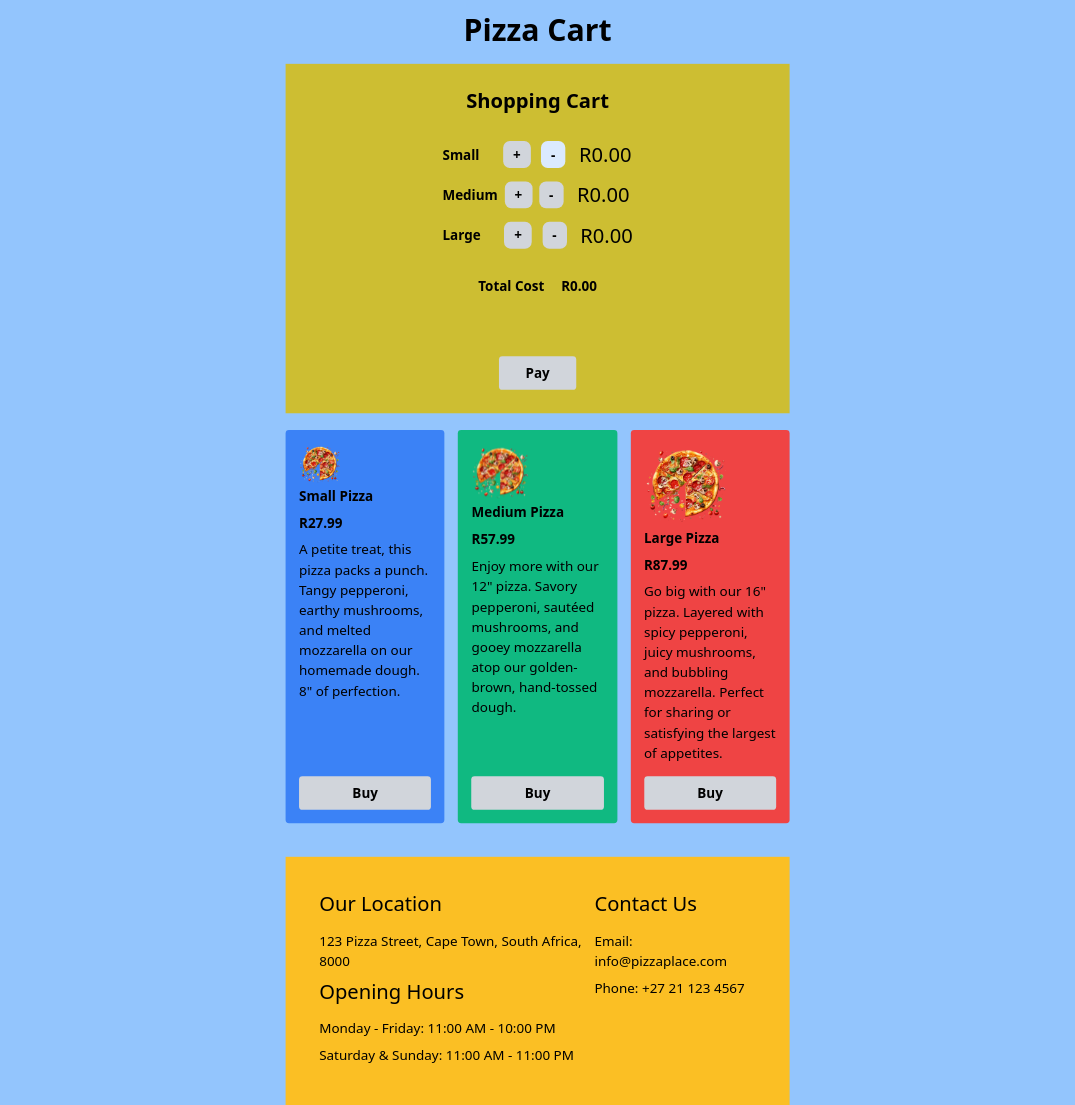
Repository: lasity34/pizza_cart
Page: index.html
These files come from the project's save history. The page is drawn as it stood at one moment and after the next save; the edit follows.
The browser window is 1280 px wide. The pictures show the whole page, at 84% of full size.
Some web libraries are served in a nearby version.

Above is the page before, as saved 2023-07-12 08:58:50.

### index.html
<!DOCTYPE html>
<html lang="en">
  <head>
    <meta charset="UTF-8" />
    <meta name="viewport" content="width=device-width, initial-scale=1.0" />
    <title>Pizza Cart</title>
    <script src="//unpkg.com/alpinejs" defer></script>
    <link
      href="https://cdn.jsdelivr.net/npm/tailwindcss@2.1.2/dist/tailwind.min.css"
      rel="stylesheet"
    />
    <link href="./style.css" rel="stylesheet" />
  </head>
  <body x-data="cart" class="bg-blue-300" x-cloak>
    <section class="flex justify-center items-center">
      <h1 class="text-4xl pt-4 font-bold">Pizza Cart</h1>
    </section>

    <section
      class="shop-container my-5 p-7 flex justify-center items-center flex-col"
    >
      <h2 class="text-2xl mb-2 font-bold">Shopping Cart</h2>
      <div class="mt-6 flex flex-col items-center">
        <div >
          <div class="flex items-center mb-4">
            <p class="font-bold mr-2">Small</p>
            <div class="ml-5">
              <button
                @click="increment('small')"
                class="bg-gray-300 hover:bg-gray-400 rounded-lg px-3 py-1 mr-2 font-bold"
              >
                +
              </button>
              <button
                @click="decrement('small')"
                class="bg-blue-100 hover:bg-gray-400 rounded-lg px-3 py-1 font-bold"
              >
                -
              </button>
            </div>
            <p class="ml-4 text-2xl">
              R<span x-text="(smallAmount * prices.small).toFixed(2)"
                >0.00</span
              >
            </p>
          </div>
          <div class="flex items-center mb-4">
            <p class="font-bold mr-2 text-red">Medium</p>
            <button
              @click="increment('medium')"
              class="bg-gray-300 hover:bg-gray-400 rounded-lg px-3 py-1 mr-2 font-bold"
            >
              +
            </button>
            <button
              @click="decrement('medium')"
              class="bg-gray-300 hover:bg-gray-400 rounded-lg px-3 py-1 font-bold"
            >
              -
            </button>
            <p class="ml-4 text-2xl">
              R<span x-text="(mediumAmount * prices.medium).toFixed(2)"
                >0.00</span
              >
            </p>
          </div>
          <div class="flex items-center mb-4">
            <p class="font-bold mr-2">Large</p>
            <div class="ml-5">
              <button
                @click="increment('large')"
                class="bg-gray-300 hover:bg-gray-400 rounded-lg px-3 py-1 mr-2 font-bold"
              >
                +
              </button>
              <button
                @click="decrement('large')"
                class="bg-gray-300 hover:bg-gray-400 rounded-lg px-3 py-1 font-bold"
              >
                -
              </button>
            </div>
            <p class="ml-4 text-2xl">
              R<span x-text="(largeAmount * prices.large).toFixed(2)"
                >0.00</span
              >
            </p>
          </div>
        </div>
        <div class="flex justify-center mt-4">
          <p class="font-bold">Total Cost</p>
          <p class="ml-5 font-bold">R<span x-text="total().toFixed(2)">0.00</span></p>
        </div>
        <div class="mt-4">
          <p class="bg-black font-bold text-white text-lg underline my-3 py-1" x-text="payMessage"></p>
        </div>

        <div class="mt-4" x-show="total() !== 0" x-cloak>
          <label class="font-bold">Payment Amount:</label>
          <input placeholder="Enter payment here" type="number" step="0.01" class="rounded ml-2 py-2" x-model="paymentAmount" />
        </div>
        <div class="mt-6">
          <button
          x-cloak
          @click="paymentTotal()"
            class="bg-gray-300 hover:bg-gray-400 py-2 px-8 rounded font-bold"
          >
            <span x-text="total() === 0 ? 'Pay' : 'Checkout'"></span>
          </button>
        </div>
      </div>
    </section>

    <section class="pizza_columns">
      <div class="flex justify-around gap-4 max-w-screen-sm mx-auto">
        <div
          class="pizza_sm bg-blue-500 rounded p-4 w-64 flex flex-col justify-between text-black"
        >
          <div>
            <img src="./pizza.png" width="50" />
            <h3 class="mb-2 font-bold">Small Pizza</h3>
            <h3 class="mb-2 font-bold">R27.99</h3>
            <p class="mb-4">
              A petite treat, this pizza packs a punch. Tangy pepperoni, earthy
              mushrooms, and melted mozzarella on our homemade dough. 8" of
              perfection.
            </p>
          </div>
          <button
          @click="smallAdded = true; smallAdded ? toggleModal() : null; increment('small'); (smallAmount * prices.small).toFixed(2);"
          :disabled="smallAdded"
          class="bg-gray-300 hover:bg-gray-400 transition-colors duration-300 py-2 px-4 rounded font-bold"
        >
          Buy
        </button>
        </div>
        <div
          class="pizza_md bg-green-500 rounded p-4 w-64 flex flex-col justify-between text-black"
        >
          <div>
            <img src="./pizza.png" width="70" />
            <h3 class="mb-2 font-bold">Medium Pizza</h3>
            <h3 class="mb-2 font-bold">R57.99</h3>
            <p class="mb-4">
              Enjoy more with our 12" pizza. Savory pepperoni, sautéed
              mushrooms, and gooey mozzarella atop our golden-brown, hand-tossed
              dough.
            </p>
          </div>
          <button
          @click="mediumAdded = true; mediumAdded ? toggleModal() : null; increment('medium'); (mediumAmount * prices.medium).toFixed(2);"
          :disabled="mediumAdded"
          class="bg-gray-300 hover:bg-gray-400 transition-colors duration-300 py-2 px-4 rounded font-bold"
        >
          Buy
        </button>
        </div>
        <div
          class="pizza_lg bg-red-500 rounded p-4 w-64 flex flex-col justify-between text-black"
        >
          <div>
            <img src="./pizza.png" width="100" />
            <h3 class="mb-2 font-bold">Large Pizza</h3>
            <h3 class="mb-2 font-bold">R87.99</h3>
            <p class="mb-4">
              Go big with our 16" pizza. Layered with spicy pepperoni, juicy
              mushrooms, and bubbling mozzarella. Perfect for sharing or
              satisfying the largest of appetites.
            </p>
          </div>
          <button
          @click="largeAdded = true; largeAdded ? toggleModal() : null; increment('large'); (largeAmount * prices.large).toFixed(2);"
          :disabled="largeAdded"
          class="bg-gray-300 hover:bg-gray-400 transition-colors duration-300 py-2 px-4 rounded font-bold"
        >
          Buy
        </button>
        </div>
      </div>

      <footer class="bg-yellow-400 text-black mt-10 p-10">
        <div class="container mx-auto flex justify-between">
          <div>
            <h2 class="text-2xl mb-4">Our Location</h2>
            <p class="mb-2">123 Pizza Street, Cape Town, South Africa, 8000</p>

            <h2 class="text-2xl mb-4">Opening Hours</h2>
            <p class="mb-2">Monday - Friday: 11:00 AM - 10:00 PM</p>
            <p class="mb-2">Saturday & Sunday: 11:00 AM - 11:00 PM</p>
          </div>
          <div>
            <h2 class="text-2xl mb-4">Contact Us</h2>
            <p class="mb-2">Email: info@pizzaplace.com</p>
            <p class="mb-2">Phone: +27 21 123 4567</p>
          </div>
        </div>
      </footer>
    </section>
    <div
    x-show="show"
    x-transition:enter="transition ease-out duration-300"
    x-transition:enter-start="opacity-0 transform scale-90"
    x-transition:enter-end="opacity-100 transform scale-100"
    x-transition:leave="transition ease-in duration-300"
    x-transition:leave-start="opacity-100 transform scale-100"
    x-transition:leave-end="opacity-0 transform scale-90"
    class="fixed inset-0 flex items-center justify-center z-50"
  >
    <div class="bg-green-800 text-white rounded p-5 shadow-lg">

      <p x-text="message"></p>
      <!-- Removed the Close button -->
    </div>
  </div>


    <script src="./pizza.js"></script>
  </body>
</html>

### style.css

body {
    max-width: 600px;
    margin: 0 auto;
}

.shop-container {
    background-color: rgb(205, 190, 50);
}

input::-webkit-outer-spin-button,
input::-webkit-inner-spin-button {
  -webkit-appearance: none;
  margin: 0;
}

input[type="number"] {
  -moz-appearance: textfield;
 text-indent: 10px;
}

[x-cloak] { display: none; }

### pizza.js
function cart() {
  return {
    smallAmount: 0,
    mediumAmount: 0,
    largeAmount: 0,
    paymentAmount: 0,
    message: "",
    payMessage: "",
    smallAdded: false,
    mediumAdded: false,
    largeAdded: false,
    show: false,
    prices: {
      small: 27.99,
      medium: 57.99,
      large: 87.99,
    },
    lastMessageAdded: '',
    increment(size) {
      if (size === "small" && this.smallAdded) {
        this.smallAmount++
        this.lastMessageAdded = 'Small Pizza'
      }
      else if (size === "medium" && this.mediumAdded) {
        this.mediumAmount++;
        this.lastMessageAdded = 'Medium Pizza'
      }
      else if (size === "large" && this.largeAdded) {
        this.largeAmount++;
        this.lastMessageAdded = 'Large Pizza'
      }
      this.show = true
      this.message = this.lastMessageAdded + ' has been added'
    },
    decrement(size) {
      if(size === 'small' && this.smallAmount > 0 && this.smallAdded) {
        this.smallAmount--;
        if(this.smallAmount === 0) this.smallAdded = false;
      }
      if(size === 'medium' && this.mediumAmount > 0 && this.mediumAdded) {
        this.mediumAmount--;
        if(this.mediumAmount === 0) this.mediumAdded = false;
      }
      if(size === 'large' && this.largeAmount > 0 && this.largeAdded) {
        this.largeAmount--;
        if(this.largeAmount === 0) this.largeAdded = false;
      }
    },

    total() {
      return (
        this.smallAmount * this.prices.small +
        this.mediumAmount * this.prices.medium +
        this.largeAmount * this.prices.large
      );
    },
    paymentTotal() {
      if (this.paymentAmount < this.total()) {
        this.payMessage = `R${(this.total() - this.paymentAmount).toFixed(2)} is needed`;
        setTimeout(() => {
          this.payMessage = "";
        }, 2000);
      } else if (this.paymentAmount > this.total()) {
        this.payMessage = `There is R${(this.paymentAmount - this.total()).toFixed(2)} too much`;
        setTimeout(() => {
          this.payMessage = "";
        }, 2000);
      } else {
        this.payMessage = "Enjoy your pizzas";
        setTimeout(() => {
          this.payMessage = "";
        }, 2000);
      }
    },

    toggleModal() {
      this.show = !this.show;
      if (this.show) {
        setTimeout(() => { this.show = false; }, 2000); // Close after 3 seconds
      }
    },

  };
}

document.addEventListener("alpine:init", () => {
  Alpine.data("cart", cart);
});

After the next save:
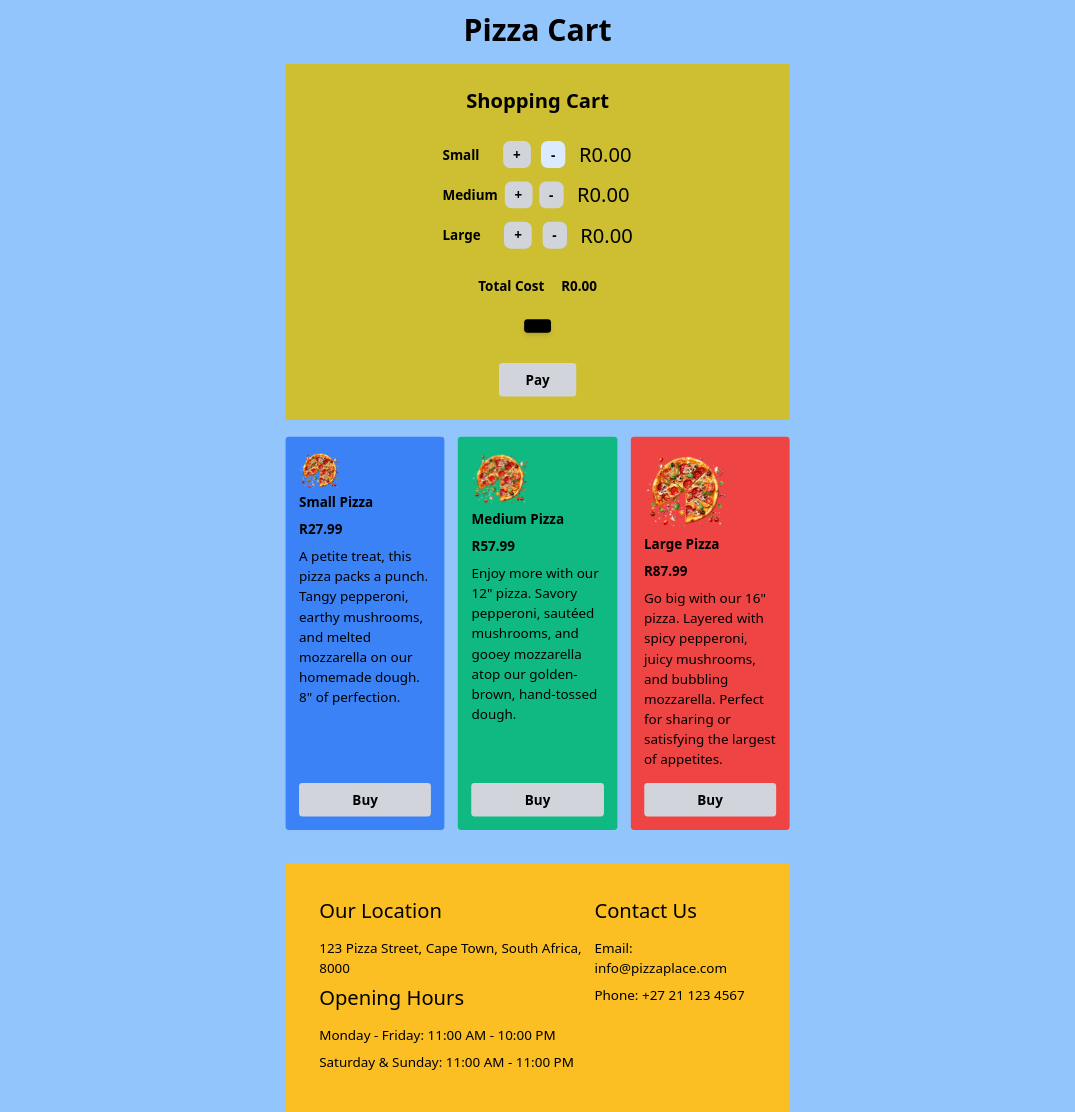
Saved 59 s later.
--- a/index.html
+++ b/index.html
@@ -92,8 +92,9 @@
           <p class="ml-5 font-bold">R<span x-text="total().toFixed(2)">0.00</span></p>
         </div>
         <div class="mt-4">
-          <p class="bg-black font-bold text-white text-lg underline my-3 py-1" x-text="payMessage"></p>
-        </div>
+          <p class="bg-black font-bold text-white text-lg underline my-3 py-2 px-4 rounded shadow-md" x-text="payMessage"></p>
+        </div>
+
 
         <div class="mt-4" x-show="total() !== 0" x-cloak>
           <label class="font-bold">Payment Amount:</label>

After the save that followed:
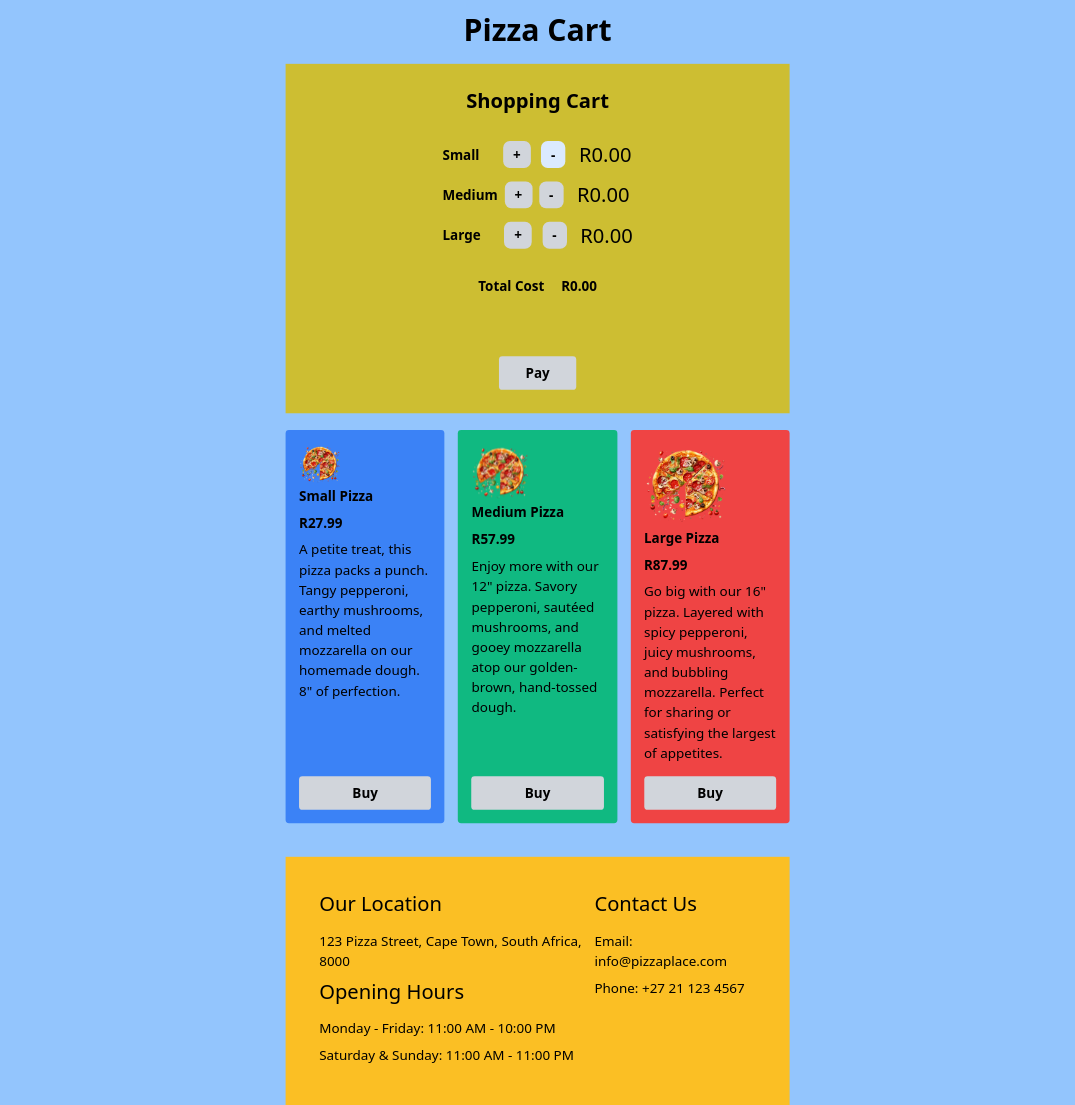
Saved 37 s later.
--- a/index.html
+++ b/index.html
@@ -92,9 +92,8 @@
           <p class="ml-5 font-bold">R<span x-text="total().toFixed(2)">0.00</span></p>
         </div>
         <div class="mt-4">
-          <p class="bg-black font-bold text-white text-lg underline my-3 py-2 px-4 rounded shadow-md" x-text="payMessage"></p>
-        </div>
-
+          <p class="text-red-600 font-bold text-lg underline my-3 py-1" x-text="payMessage"></p>
+        </div>
 
         <div class="mt-4" x-show="total() !== 0" x-cloak>
           <label class="font-bold">Payment Amount:</label>
